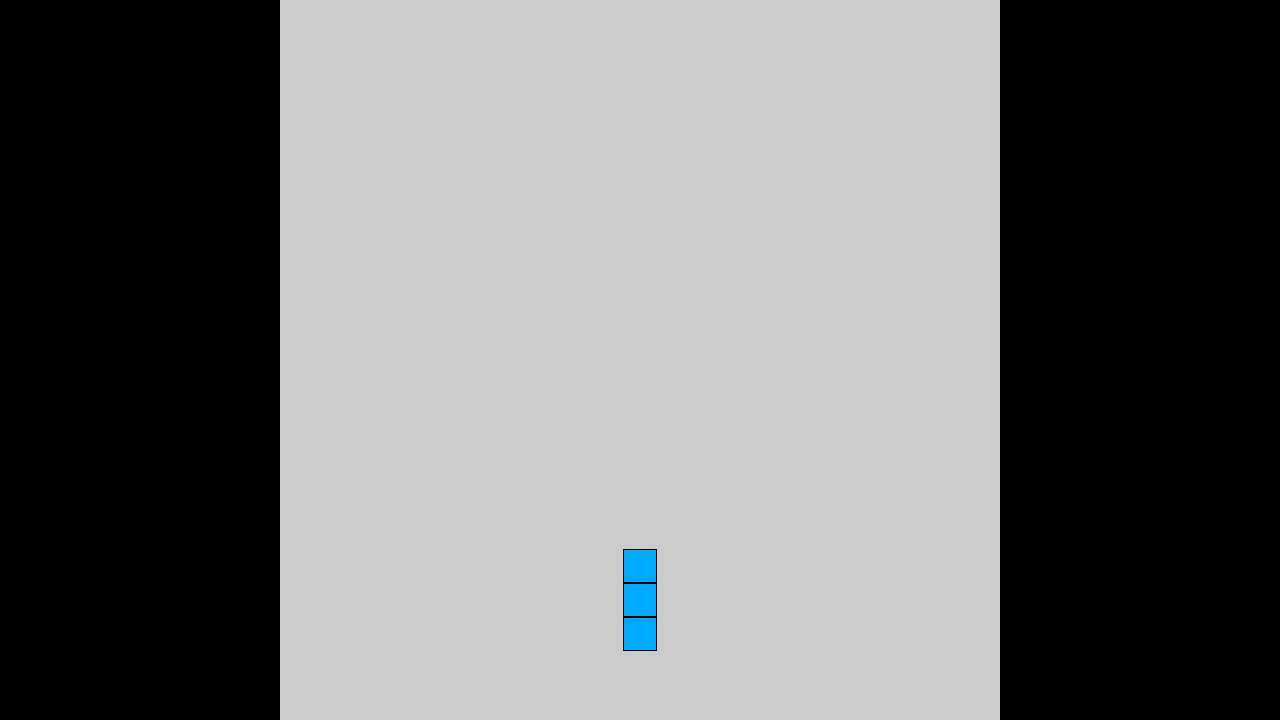
Repository: jinghuai8092/Snake_Game
Page: index.html
The author's editor kept a copy of each file at every save. The page is drawn from the files as they stood at one save, then again after the next save.
The browser window is 1280 px wide. The pictures show the whole page.

Above is the page before, as saved 2021-11-16 14:01:39.

After the next save:
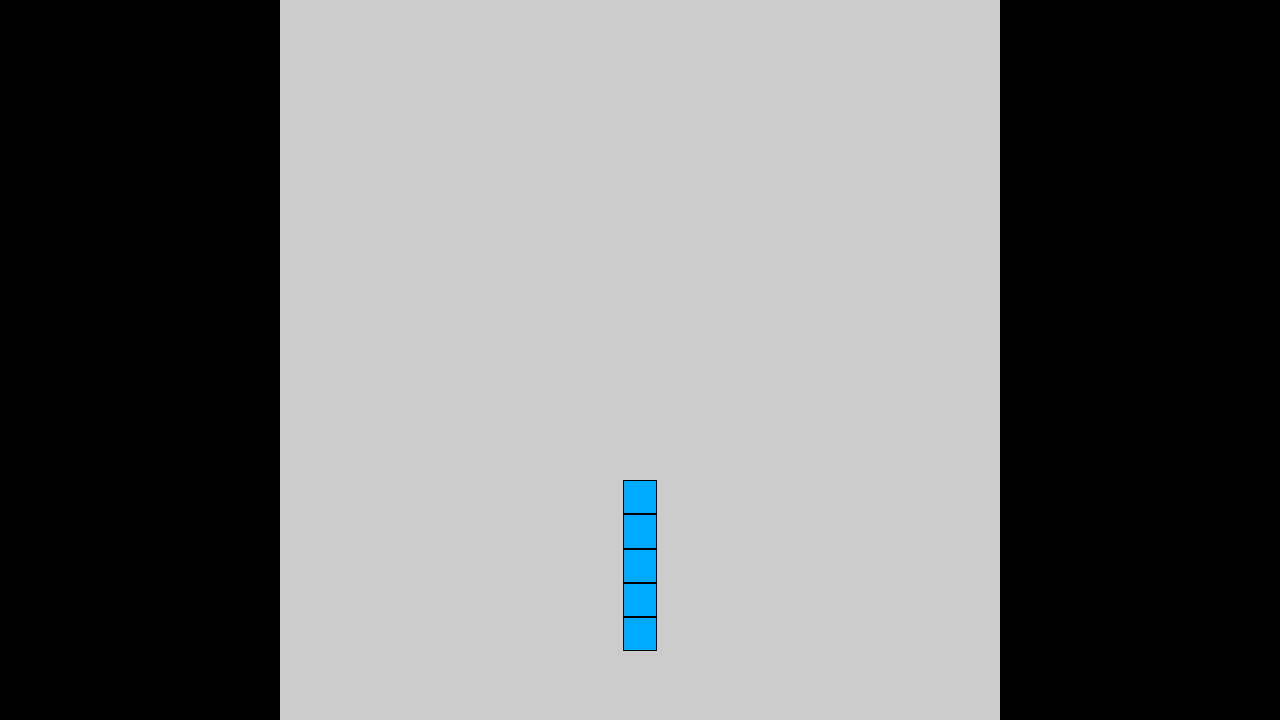
Saved 48 s later.
--- a/snake.js
+++ b/snake.js
@@ -2,7 +2,9 @@ export const SNAKE_SPEED=2
 const snakeBody=[
     {x:10,y:11},
     {x:11,y:11},
-    {x:12,y:11}
+    {x:12,y:11},
+    {x:13,y:11},
+    {x:14,y:11},
 ];
 
 export function update(){
